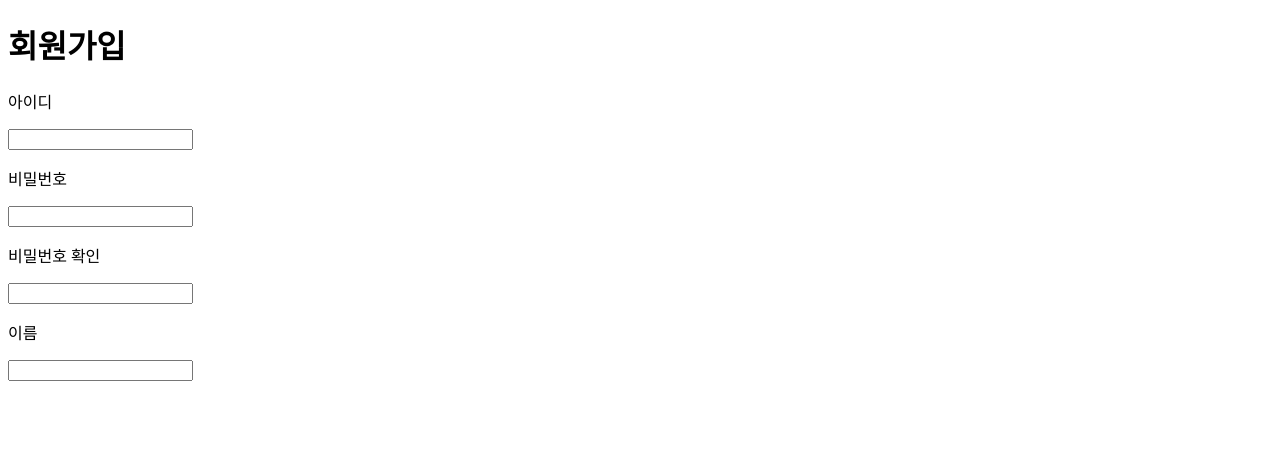
Repository: gihyun0801/post_project
Page: http://localhost/TodoList/signup
An editor plug-in stored every save of this project. The page is shown before and after the next save, followed by the edit.
The browser window is 1280 px wide. The pictures show the whole page.
The page is served by Tomcat 10.

Above is the page before, as saved 2024-03-27 11:30:40.

After the next save:
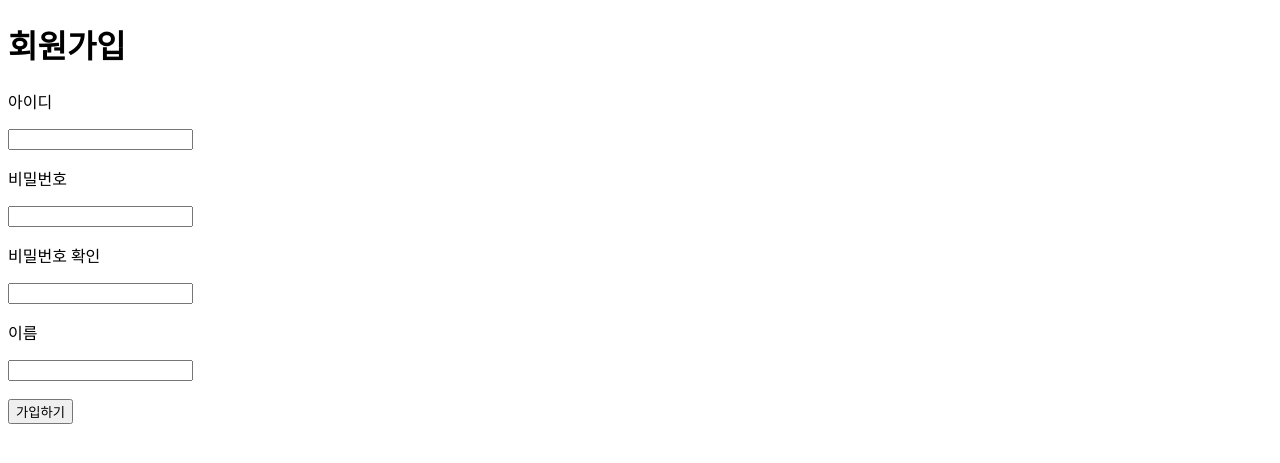
Saved 10 s later.
--- a/TodoList/src/main/webapp/WEB-INF/views/signup.jsp
+++ b/TodoList/src/main/webapp/WEB-INF/views/signup.jsp
@@ -27,6 +27,10 @@
        <input type="inputName" id="inputName" required>
        <span id="nameMessage"></span>
 
+       <br><br>
+
+       <button>가입하기</button>
+
     </form>
 
    </main>
